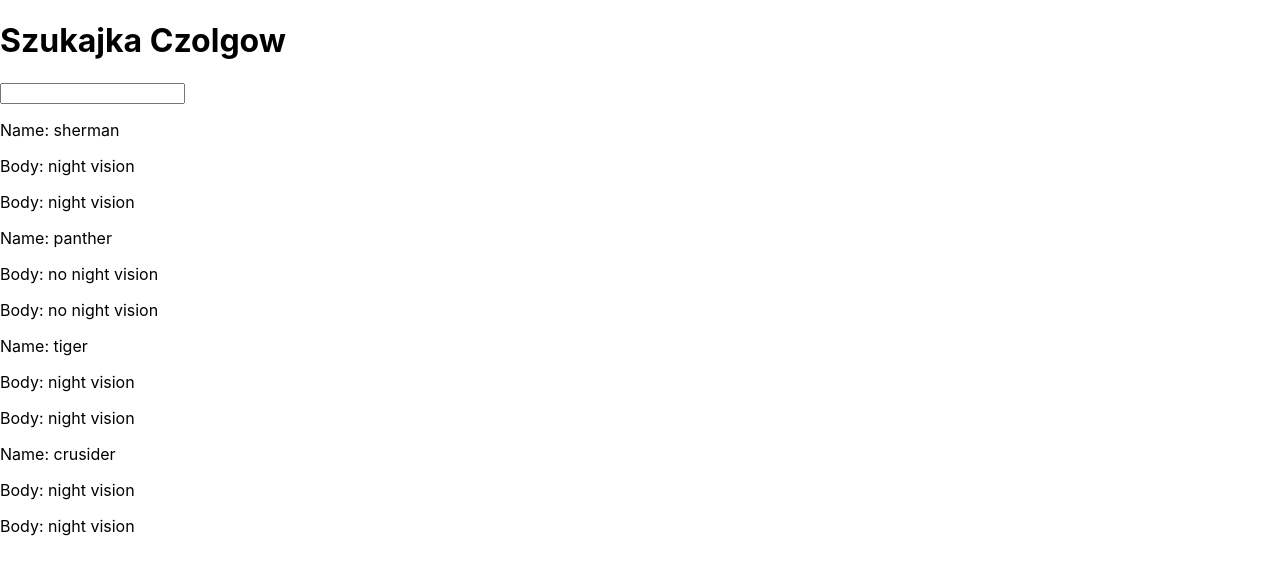
Repository: Carboplatin/TankBrowser
Page: /
The author's editor kept a copy of each file at every save. The page is drawn from the files as they stood at one save, then again after the next save.
The browser window is 1280 px wide. The pictures show the whole page.
The project was rebuilt for these pictures with package versions that can differ from the ones it lists, and the page was loaded fresh each time.

Above is the page before, as saved 2019-09-17 19:05:22.

### src/App.js
import React, { Component } from 'react';
import Tank from './tank';
import SearchBox from './searchBox';
import TankList from './tankList';


class App extends Component {

  state = {
    tanks: [
      {id: '1', name: 'sherman', body: 'night vision' },
      {id: '2', name: 'panther', body: 'no night vision' },
      {id: '3', name: 'tiger', body: 'night vision' },
      {id: '4', name: 'crusider', body: 'night vision' }
    ],
    searchTank: ''
  }


  inputHandler = (e) => {
    console.log(e.target.value);
    this.setState({searchTank: e.target.value})
  }

  render ( ) {
    let filteredTanks = this.state.tanks.filter((tank)=>{
      return tank.body.toLowerCase().includes(this.state.searchTank.toLowerCase())
    })

    return (
      <div className="container">
        <h1>Szukajka Czolgow</h1>
          <SearchBox inputHandler={this.inputHandler}/>
          <TankList filteredTanks={filteredTanks}/>
      </div>

    )
  }
}


export default App;

### src/tank.js
import React, { Component } from 'react';



const Tank =(props)=> {
  return(
    <div>
      <p>Name: {props.name} </p>
      <p>Body: {props.body} </p>
      <p>Body: {props.body} </p>
    </div>
  )
}
export default Tank;

### src/searchBox.js
import React from 'react';

const searchBox = (props) => {
  return (
    <div>
      <input onChange={props.inputHandler} type="text"/>
    </div>
  )
}

export default searchBox;

### src/tankList.js
import React, { Component } from 'react';
import Tank from './tank';

const TankList = (props)=> {
  let tanks = props.filteredTanks.map((tank, i)=>{
    return <Tank key={i} name={tank.name} body={tank.body}/>
  })
  return (
    <div>
       {tanks}


    </div>
  )
}

export default TankList;

Loaded but not shown: public/index.html (common file); src/index.js (common file); src/index.css (common file); src/serviceWorker.js (common file)

After the next save:
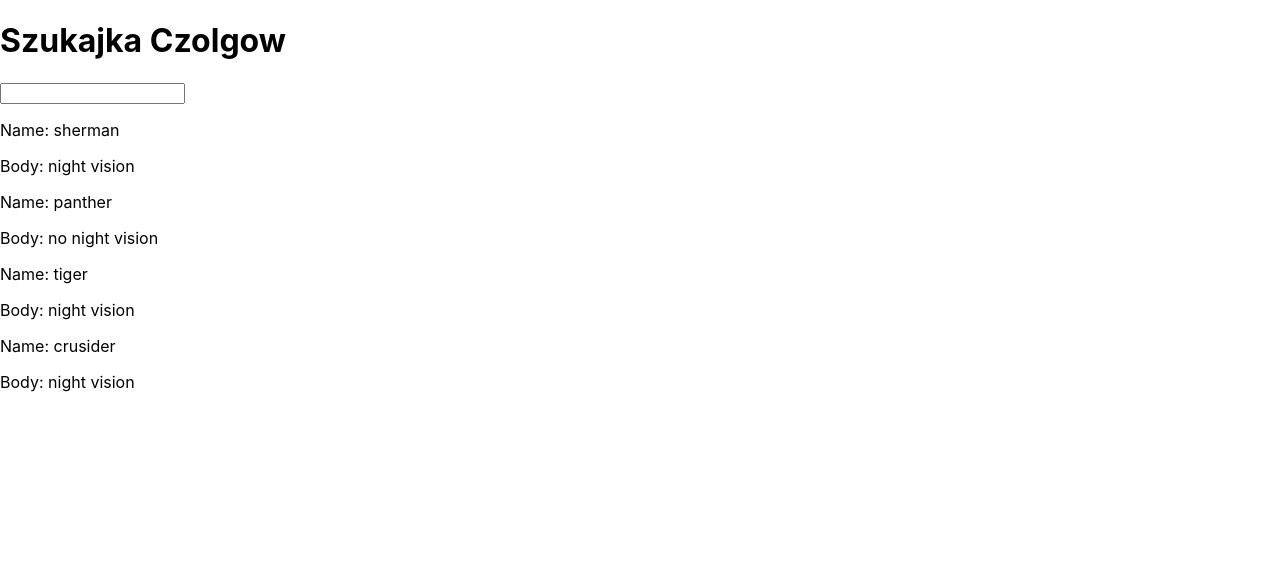
Saved 20 s later.
--- a/src/tank.js
+++ b/src/tank.js
@@ -7,7 +7,7 @@ const Tank =(props)=> {
     <div>
       <p>Name: {props.name} </p>
       <p>Body: {props.body} </p>
-      <p>Body: {props.body} </p>
+
     </div>
   )
 }
